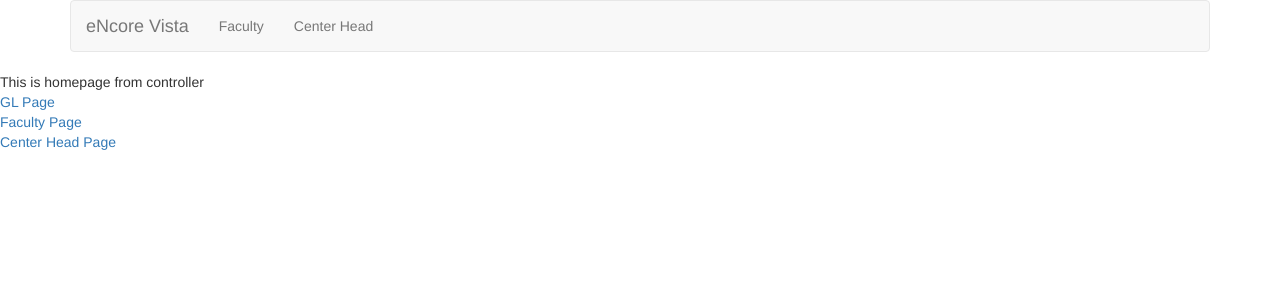
Repository: RajeswarM-NIIT/RajeswarAceMarch2020
Page: http://localhost/attendance/WEB-INF/views/homepage.jsp
These files come from the project's save history. The page is drawn as it stood at one moment and after the next save; the edit follows.
The browser window is 1280 px wide. The pictures show the whole page.
The page is served by Tomcat 9. Nobody is signed in. Other server files are loaded and not shown. The template is opened directly, without the code that normally fills it, so the values that code supplies are empty.

Above is the page before, as saved 2020-03-13 20:13:57.

### attendance/src/main/webapp/WEB-INF/views/homepage.jsp
<html>
<head>

<%@ include file = "links.jsp" %>
</head>
<body>
<div class="container">
<%@ include file = "navbar.jsp" %>
  </div>

This is homepage from controller
<br>
<a href="reqGLPage">GL Page</a>
<br>
<a href="reqFacPage">Faculty Page</a>
<br>
<a href="reqCHPage">Center Head Page</a>

</body>
</html>

### attendance/src/main/webapp/WEB-INF/views/links.jsp
  <link rel="stylesheet" href="https://maxcdn.bootstrapcdn.com/bootstrap/3.4.1/css/bootstrap.min.css">
  <script src="https://ajax.googleapis.com/ajax/libs/jquery/3.4.1/jquery.min.js"></script>
  <script src="https://maxcdn.bootstrapcdn.com/bootstrap/3.4.1/js/bootstrap.min.js"></script>
  <link rel="stylesheet" href="https://cdnjs.cloudflare.com/ajax/libs/font-awesome/4.7.0/css/font-awesome.min.css">

  <%@ taglib uri="http://www.springframework.org/tags/form" prefix="spring"%>
  <%@ taglib uri="http://java.sun.com/jsp/jstl/core" prefix="c"%>

### attendance/src/main/webapp/WEB-INF/views/navbar.jsp
<nav class="navbar navbar-default">
  <div class="container">
    <div class="navbar-header">
     	<a class="navbar-brand" href="#">eNcore Vista</a>
	    <ul class="nav navbar-nav">
	      <li><a href="reqFacPage">Faculty</a></li>
	      <li><a href="reqCHPage">Center Head</a></li>
	    </ul>
  	</div>
  </div>
</nav>

After the next save:
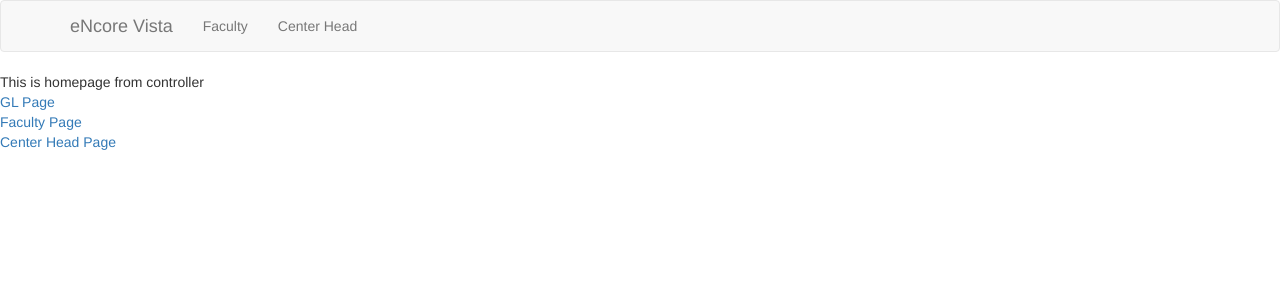
Saved 12 s later.
--- a/attendance/src/main/webapp/WEB-INF/views/homepage.jsp
+++ b/attendance/src/main/webapp/WEB-INF/views/homepage.jsp
@@ -4,9 +4,9 @@
 <%@ include file = "links.jsp" %>
 </head>
 <body>
-<div class="container">
+
 <%@ include file = "navbar.jsp" %>
-  </div>
+
 
 This is homepage from controller
 <br>
